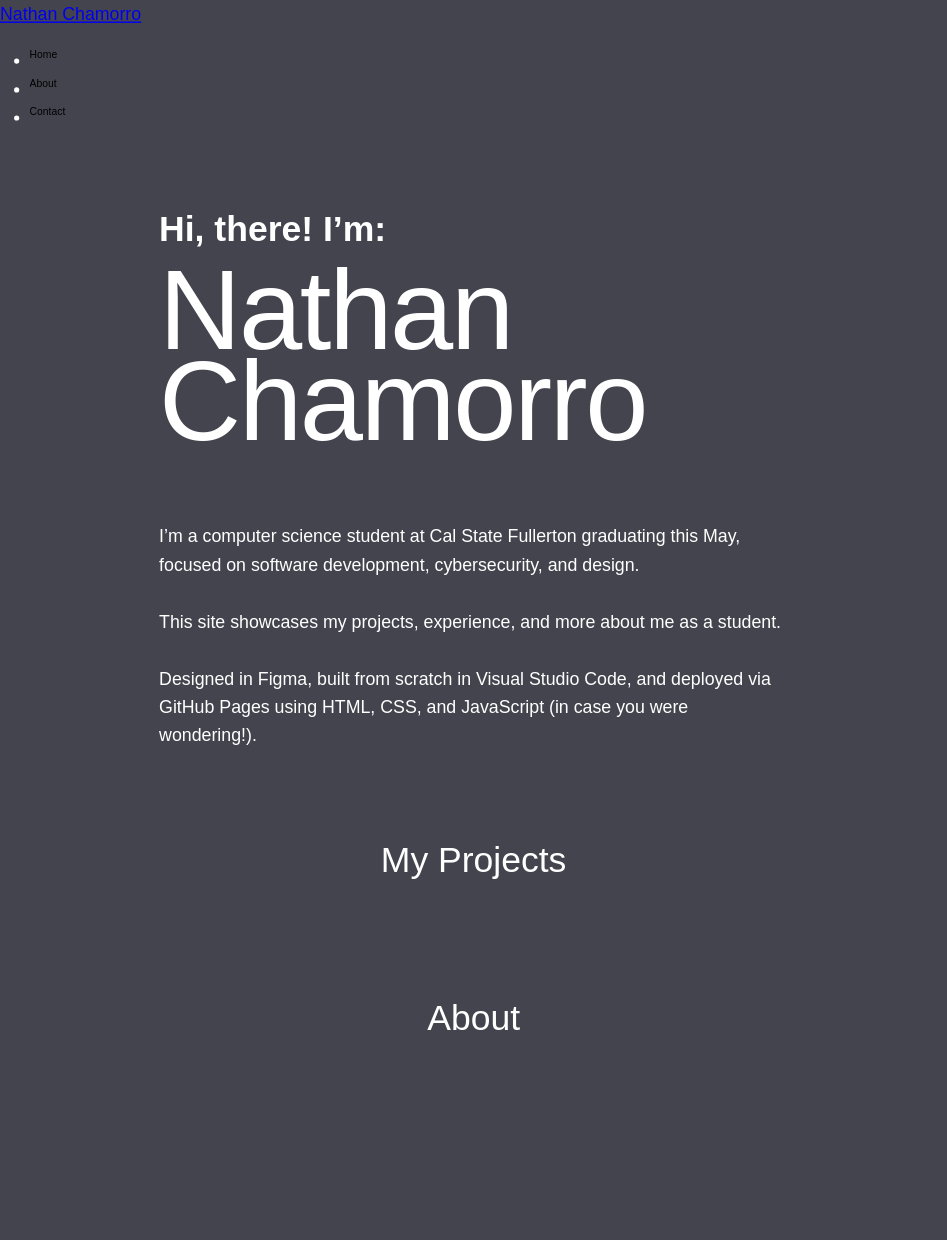
Repository: nathanchamorro1/nathanchamorro1.github.io
Page: index.html
These files come from the project's save history. The page is drawn as it stood at one moment and after the next save; the edit follows.
The browser window is 1280 px wide. The pictures show the whole page, at 74% of full size.
Some web fonts or font styles are not loaded; a fallback is used.

Above is the page before, as saved 2026-02-17 21:17:59.

### index.html
<!DOCTYPE html>
<html lang="en">

<head>
<meta charset="UTF-8">
<meta name="viewport" content = "width=device-width,initial-scale=1">
<title>Nathan Chamorro's Portfolio</title>
<link rel = "icon" type = "image/x-icon" href = "/assets/snoopy-favicon.ico">
<link rel="stylesheet" href="https://use.typekit.net/lhh1weh.css">
<link rel="stylesheet" href="css/style.css">
</head>
<body>

<div class="layout">
  <nav class="sidebar">
    <a href="#home" class="nav-logo">Nathan Chamorro</a>
    <ul>
      <li><a href="#home" class="nav-link">Home</a></li>
      <li><a href="#about" class="nav-link">About</a></li>
      <li><a href="#contact" class="nav-link">Contact</a></li>
      </ul>
      </nav>

  <main class="content">
    <div class="content-wrapper">
  <section class="hero">
    <h2 class="reveal">Hi, there! I’m:</h2>
    <h1 class="reveal">Nathan Chamorro</h1>
  </section>
      <p class="reveal">
        <br>I’m a computer science student at Cal State Fullerton graduating this May, focused on software development, cybersecurity, and design. <br>
        <br>This site showcases my projects, experience, and more about me as a student.<br>
        <br>Designed in Figma, built from scratch in Visual Studio Code, and deployed via GitHub Pages using HTML, CSS, and JavaScript (in case you were wondering!). <br>
      </p>
    </section>

        <section id="projects" class="content-wrapper">
      <h3 class="reveal">My Projects</h3>
    </section>

    <section id="about" class="content-wrapper">
      <h3 class="reveal">About</h3>
    </section>

    <section id="contact" class="content-wrapper">
      <h3 class="reveal">Contact</h3>
    </section>
  </main>
</div>
<script src = "js/script.js"></script>

### css/style.css
body {
  background-color: #44444E;
  color: white;
  margin: 0;
  font-family: museo-sans, sans-serif;
  font-weight: 300;
  font-style: normal;
  font-variation-settings: "slnt" 0, "wght" 400;
  line-height: 1.6;
  font-size: 1.5rem;
}

.content-wrapper {
  max-width: 850px;
  margin: 0 auto;
  padding: 0 40px;
  display: flex;
  flex-direction: column;
  gap: 40px;
  text-align: left;
}

.hero {
    min-height: auto;
    display: flex;
    align-items: flex-start;
    flex-direction: column;
    justify-content: flex-start;
    padding-top: 30px;
    padding-bottom: 0;
    text-align: left;
}

h1 {
    color: white;
    font-family: "instrument-serif", sans-serif;
    font-size: clamp(4.5rem, 12vw, 14rem);
    font-weight: 400;
    font-variation-settings: "wght" 400;
    line-height: 0.8;
    margin: 0;
    letter-spacing: -0.02em;
}

h2 {
    color: white;
    font-family: "museo-sans", sans-serif;
    font-weight: 900;
    font-variation-settings: "wght" 400;
    font-size: 3rem;
    opacity: 0.8;
    margin-bottom: 10px;
}

h3 {
    color: white;
    font-family: "instrument-serif", sans-serif;
    font-weight: 400;
    font-variation-settings: "wght" 400;
    font-size: 3rem;
    opacity: 0.8;
    align-self: flex-start;
    text-align: left;
    width: 100%;
}

.reveal {
    opacity: 0;
    transform: translateY(20px);
    transition: opacity 0.7s ease, transform 0.7s ease;
}

.reveal-visible {
    opacity: 1;
    transform: translateY(0);
}

.navbar {
    position: fixed;
    top: 0;
    width: 100%;
    background: white;
    box-shadow: 0 2px 10px rgba(0,0,0,0.05);
    z-index: 1000;
}

.nav-container {
    max-width: 1000px;
    margin: 0 auto;
    display: flex;
    justify-content: space-between;
    align-items: center;
    padding: 15px 20px;
    position: fixed;
}

.nav-menu {
    list-style: none;
    display: flex;
    gap: 25px;
    margin: 0;
    padding: 0;
    position: fixed;
}

.nav-link {
    text-decoration: none;
    color: black;
    font-size: 14px;
    position: relative;
    position: fixed;
}

.nav-link:hover {
    opacity: 0.6;
}

### js/script.js
const reveals = document.querySelectorAll(".reveal");

function revealOnScroll() {
  const windowHeight = window.innerHeight;

  reveals.forEach(el => {
    const elementTop = el.getBoundingClientRect().top;

    if (elementTop < windowHeight - 200) {
      el.classList.add("reveal-visible");
    }
  });
}

window.addEventListener("scroll", revealOnScroll);
revealOnScroll();

After the next save:
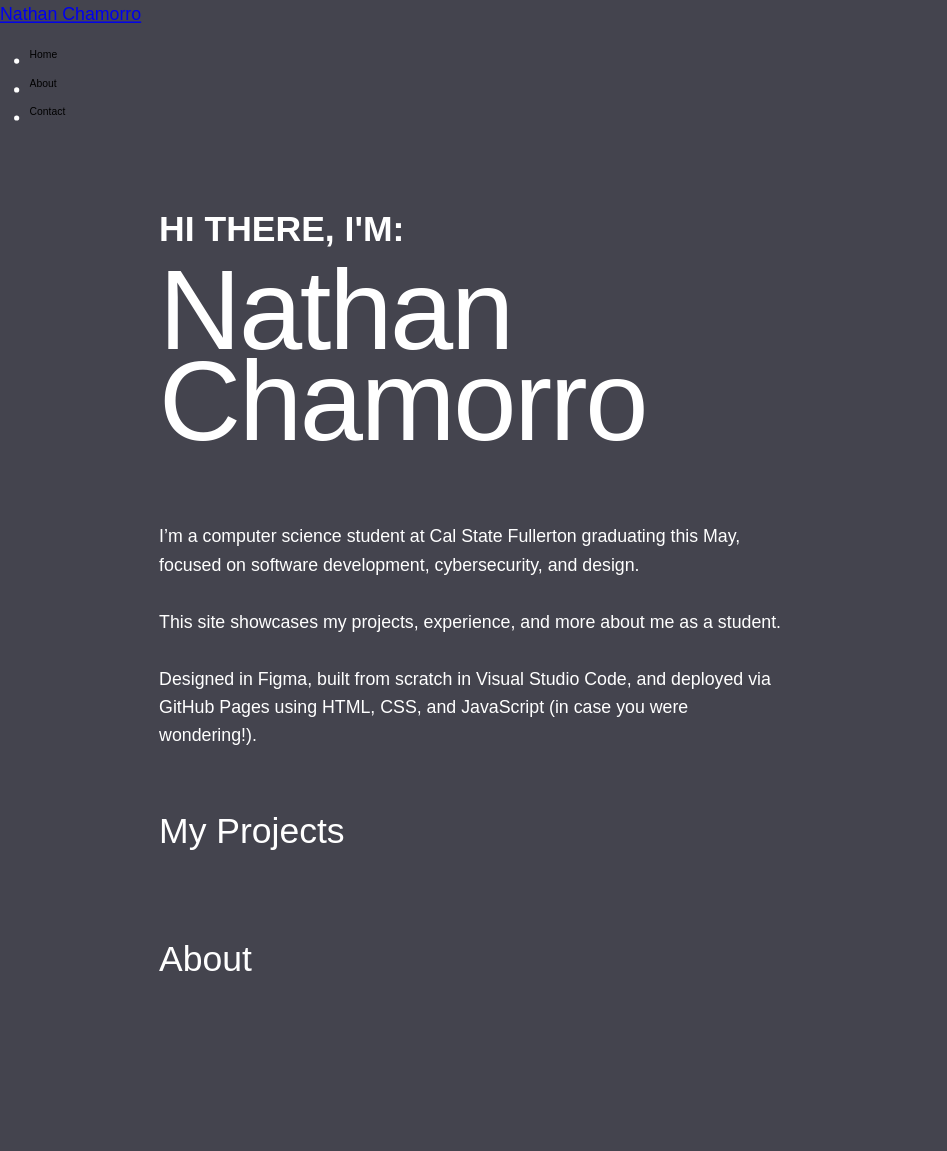
Saved 27 s later.
--- a/index.html
+++ b/index.html
@@ -24,7 +24,7 @@
   <main class="content">
     <div class="content-wrapper">
   <section class="hero">
-    <h2 class="reveal">Hi, there! I’m:</h2>
+    <h2 class="reveal">HI THERE, I'M:</h2>
     <h1 class="reveal">Nathan Chamorro</h1>
   </section>
       <p class="reveal">
@@ -32,7 +32,7 @@
         <br>This site showcases my projects, experience, and more about me as a student.<br>
         <br>Designed in Figma, built from scratch in Visual Studio Code, and deployed via GitHub Pages using HTML, CSS, and JavaScript (in case you were wondering!). <br>
       </p>
-    </section>
+    </div>
 
         <section id="projects" class="content-wrapper">
       <h3 class="reveal">My Projects</h3>
